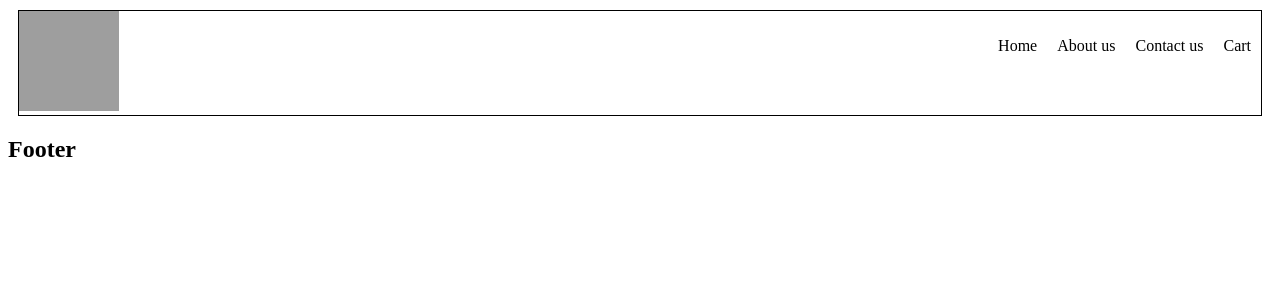
Repository: shivamv97/FOOD-VILLA-APP
Page: /
These files come from the project's save history. The page is drawn as it stood at one moment and after the next save; the edit follows.
The browser window is 1280 px wide. The pictures show the whole page.
Pictures or frames that could not be fetched are drawn as grey boxes. The page's requests for data from a server got no answer. The project was rebuilt for these pictures with package versions that can differ from the ones it lists, and the page was loaded fresh each time. No one was signed in, and anything a server would have sent is missing. Also part of the build but not shown: src/components/RestaurantCards.js.

Above is the page before, as saved 2024-07-26 19:51:19.

### index.html
<!DOCTYPE html>
<html lang="en">
  <head>
    <meta charset="UTF-8" />
    <meta name="viewport" content="width=device-width, initial-scale=1.0" />
    <title>Learning REACT</title>
    <link rel="stylesheet" href="style.css" />
  </head>
  <body>
    <div id="root">Not Rendered</div>
    <!-- <script
      crossorigin
      src="https://unpkg.com/react@18/umd/react.development.js"
    ></script>
    <script
      crossorigin
      src="https://unpkg.com/react-dom@18/umd/react-dom.development.js"
    ></script> -->
    <script type="module" src="src/App.js"></script>
  </body>
</html>

### style.css
.header {
  display: flex;
  justify-content: space-between;
  margin: 10px;
  border: 1px solid black;
}
.nav-items > ul {
  list-style-type: none;
  display: flex;
}

.nav-items > ul > li {
  padding: 10px;
}
.logo {
  width: 100px;
  height: 100px;
}

.card {
  width: 255px;
  border: 1px solid black;
  padding: 10px;
  margin: 10px;
  overflow-wrap: break-word;
}

.card > img {
  width: 100%;
}

.restaurant-list {
  display: flex;
  flex-wrap: wrap;
}

### src/App.js
import React from "react";
import ReactDOM from "react-dom/client";
import HeaderComponent from "./components/Title";
import Body from "./components/Body";
import Footer from "./components/Footer";

/*
Header
   -logo
   -Nav item(right side)
   -cart
Body
   -Search bar
   -RestrauntList
     -RestrauntCard
     -Image
     -Name
     -Ratings
     -Cusines
Footer
     -Links
     -Copyrigh
*/

const AppLayout = () => {
  return (
    <>
      <HeaderComponent />
      <Body />
      <Footer />
    </>
  );
};

const root = ReactDOM.createRoot(document.getElementById("root"));

root.render(<AppLayout />); //it will override children of div element

### src/components/Title.js
const Title = () => (
  <a href="/ ">
    <img
      className="logo"
      alt="logo"
      src="https://encrypted-tbn0.gstatic.com/images?q=tbn:ANd9GcTJtFXKFKFoihdrJEvX4jBtXqfcO2kJ0KAlIg&s"
    />
  </a>
);

const HeaderComponent = () => {
  return (
    <div className="header">
      <Title />
      <div className="nav-items">
        <ul>
          <li>Home</li>
          <li>About us</li>
          <li>Contact us</li>
          <li>Cart</li>
        </ul>
      </div>
    </div>
  );
};

export default HeaderComponent;

### src/components/Body.js
import { restaurantlist } from "../config";
import RestrauntCard from "./RestaurantCards";
import { useState, useEffect } from "react";
import shimmer from "./shimmer";

function filterdata(searchText, restaurants) {
  return restaurants.filter((restaurant) =>
    restaurant.info.name.includes(searchText)
  );
}

const Body = () => {
  // const searchTxt = "KFC"; //for reference...(IN JS)

  const [restaurants, setRestaurants] = useState([]); //restaurantlist
  const [searchText, setsearchText] = useState(""); //To create state variable.......(IN REACT)
  // console.log("render()");

  useEffect(() => {
    //API call
    GetRestaurants();
  }, []);

  async function GetRestaurants() {
    const data = await fetch(
      "https://www.swiggy.com/dapi/restaurants/list/v5?lat=28.7040592&lng=77.10249019999999&collection=83667"
    );
    const json = await data.json();
    console.log(json);
    //you have to make change only in line 32,in cards[i],where i is keep changing in the above api link,try from 0-11
    //it's an config-driven UI,Hence,it's Grid Element position keeps on changing.......
    setRestaurants(
      json?.data?.cards[1]?.card?.card?.gridElements?.infoWithStyle?.restaurants
    );
  }

  console.log("render");

  //Conditional rendering
  return restaurants.length == 0 ? (
    <shimmer />
  ) : (
    <>
      <div className="search-box">
        <input
          type="text"
          className="search-input"
          placeholder="Search"
          value={searchText}
          onChange={(e) => {
            setsearchText(e.target.value);
          }}
        />
        <button
          className="search-btn"
          onClick={() => {
            //filter the data according to need
            const data = filterdata(searchText, restaurants);
            setRestaurants(data);
            //need to update the state-restaurants
          }}
        >
          Search
        </button>
      </div>
      <div className="restaurant-list">
        {restaurants.map((restaurant) => {
          return (
            <RestrauntCard key={restaurant.info.id} {...restaurant.info} />
          );
        })}
      </div>
    </>
  );
};

export default Body;

### src/components/Footer.js
const Footer = () => {
  return <h2>Footer</h2>;
};

export default Footer;

### src/config.js
//PUT MY all Hard Coded File Here
export const Img_cdn_url =
  "https://media-assets.swiggy.com/swiggy/image/upload/fl_lossy,f_auto,q_auto,w_660/";

//Config Driven UI
export const restaurantlist = [
  //public API of Swiggy
  {
    "@type": "type.googleapis.com/swiggy.presentation.food.v2.Restaurant",
    info: {
      id: "8561",
      name: "Mughlai Junction",
      cloudinaryImageId: "tnl2yuuxi8zjbgru6iqj",
      locality: "Connaught Place",
      areaName: "Connaught Place",
      costForTwo: "₹600 for two",
      cuisines: ["Mughlai", "North Indian", "Tandoor"],
      avgRating: 4.3,
      parentId: "5354",
      avgRatingString: "4.3",
      totalRatingsString: "10K+",
      promoted: true,
      adTrackingId:
        "cid=15007607~p=0~adgrpid=15007607#ag1~mp=SWIGGY_IN~bl=FOOD~aet=RESTAURANT~aeid=8561~eid=321f01bc-98c6-405c-89d6-b18422bb8f70~srvts=1721229990431~collid=83639",
      sla: {
        deliveryTime: 37,
        lastMileTravel: 4.8,
        serviceability: "SERVICEABLE",
        slaString: "35-40 mins",
        lastMileTravelString: "4.8 km",
        iconType: "ICON_TYPE_EMPTY",
      },
      availability: {
        nextCloseTime: "2024-07-17 23:00:00",
        opened: true,
      },
      badges: {},
      isOpen: true,
      type: "F",
      badgesV2: {
        entityBadges: {
          textExtendedBadges: {},
          textBased: {},
          imageBased: {},
        },
      },
      aggregatedDiscountInfoV3: {
        header: "10% OFF",
        subHeader: "UPTO ₹35",
      },
      orderabilityCommunication: {
        title: {},
        subTitle: {},
        message: {},
        customIcon: {},
      },
      differentiatedUi: {
        displayType: "ADS_UI_DISPLAY_TYPE_ENUM_DEFAULT",
        differentiatedUiMediaDetails: {
          mediaType: "ADS_MEDIA_ENUM_IMAGE",
          lottie: {},
          video: {},
        },
      },
      reviewsSummary: {},
      displayType: "RESTAURANT_DISPLAY_TYPE_DEFAULT",
      restaurantOfferPresentationInfo: {},
      externalRatings: {
        aggregatedRating: {
          rating: "4.4",
          ratingCount: "1K+",
        },
        source: "GOOGLE",
        sourceIconImageId: "v1704440323/google_ratings/rating_google_tag",
      },
      ratingsDisplayPreference: "RATINGS_DISPLAY_PREFERENCE_SHOW_SWIGGY",
    },
    analytics: {},
    cta: {
      link: "swiggy://menu?restaurant_id=8561&source=collection&query=Biryani",
      text: "RESTAURANT_MENU",
      type: "DEEPLINK",
    },
    widgetId: "collectionV5RestaurantListWidget_SimRestoRelevance_food",
  },

  {
    "@type": "type.googleapis.com/swiggy.presentation.food.v2.Restaurant",
    info: {
      id: "817359",
      name: "Zahra Restaurant & Cafe",
      cloudinaryImageId: "asaqtuuszx7hzmxpnfpo",
      locality: "Old Delhi",
      areaName: "Old Delhi",
      costForTwo: "₹300 for two",
      cuisines: ["Indian", "Tandoor", "Kebabs", "Snacks", "Biryani"],
      avgRating: 4.3,
      parentId: "229129",
      avgRatingString: "4.3",
      totalRatingsString: "100+",
      sla: {
        deliveryTime: 29,
        lastMileTravel: 1.3,
        serviceability: "SERVICEABLE",
        slaString: "25-30 mins",
        lastMileTravelString: "1.3 km",
        iconType: "ICON_TYPE_EMPTY",
      },
      availability: {
        nextCloseTime: "2024-07-17 22:59:00",
        opened: true,
      },
      badges: {},
      isOpen: true,
      type: "F",
      badgesV2: {
        entityBadges: {
          textExtendedBadges: {},
          textBased: {},
          imageBased: {},
        },
      },
      aggregatedDiscountInfoV3: {
        header: "50% OFF",
        subHeader: "UPTO ₹100",
      },
      orderabilityCommunication: {
        title: {},
        subTitle: {},
        message: {},
        customIcon: {},
      },
      differentiatedUi: {
        displayType: "ADS_UI_DISPLAY_TYPE_ENUM_DEFAULT",
        differentiatedUiMediaDetails: {
          mediaType: "ADS_MEDIA_ENUM_IMAGE",
          lottie: {},
          video: {},
        },
      },
      reviewsSummary: {},
      displayType: "RESTAURANT_DISPLAY_TYPE_DEFAULT",
      restaurantOfferPresentationInfo: {},
      externalRatings: {
        aggregatedRating: {
          rating: "--",
        },
      },
      ratingsDisplayPreference: "RATINGS_DISPLAY_PREFERENCE_SHOW_SWIGGY",
    },
    analytics: {},
    cta: {
      link: "swiggy://menu?restaurant_id=817359&source=collection&query=Biryani",
      text: "RESTAURANT_MENU",
      type: "DEEPLINK",
    },
    widgetId: "collectionV5RestaurantListWidget_SimRestoRelevance_food",
  },

  {
    "@type": "type.googleapis.com/swiggy.presentation.food.v2.Restaurant",
    info: {
      id: "81523",
      name: "Amma Mess",
      cloudinaryImageId: "a09jpzja1zusso85bbmz",
      locality: "Karol Bagh",
      areaName: "Karol Bagh",
      costForTwo: "₹300 for two",
      cuisines: ["South Indian"],
      avgRating: 4.5,
      parentId: "15687",
      avgRatingString: "4.5",
      totalRatingsString: "10K+",
      promoted: true,
      adTrackingId:
        "cid=15010070~p=1~adgrpid=15010070#ag1~mp=SWIGGY_IN~bl=FOOD~aet=RESTAURANT~aeid=81523~eid=b2807d99-426d-4265-8bac-9448c8101a5f~srvts=1721229990431~collid=83639",
      sla: {
        deliveryTime: 37,
        lastMileTravel: 6.3,
        serviceability: "SERVICEABLE",
        slaString: "35-40 mins",
        lastMileTravelString: "6.3 km",
        iconType: "ICON_TYPE_EMPTY",
      },
      availability: {
        nextCloseTime: "2024-07-17 22:30:00",
        opened: true,
      },
      badges: {},
      isOpen: true,
      aggregatedDiscountInfoV2: {},
      type: "F",
      badgesV2: {
        entityBadges: {
          textBased: {},
          imageBased: {},
          textExtendedBadges: {},
        },
      },
      orderabilityCommunication: {
        title: {},
        subTitle: {},
        message: {},
        customIcon: {},
      },
      differentiatedUi: {
        displayType: "ADS_UI_DISPLAY_TYPE_ENUM_DEFAULT",
        differentiatedUiMediaDetails: {
          mediaType: "ADS_MEDIA_ENUM_IMAGE",
          lottie: {},
          video: {},
        },
      },
      reviewsSummary: {},
      displayType: "RESTAURANT_DISPLAY_TYPE_DEFAULT",
      restaurantOfferPresentationInfo: {},
      externalRatings: {
        aggregatedRating: {
          rating: "4.2",
          ratingCount: "1K+",
        },
        source: "GOOGLE",
        sourceIconImageId: "v1704440323/google_ratings/rating_google_tag",
      },
      ratingsDisplayPreference: "RATINGS_DISPLAY_PREFERENCE_SHOW_SWIGGY",
    },
    analytics: {},
    cta: {
      link: "swiggy://menu?restaurant_id=81523&source=collection&query=Biryani",
      text: "RESTAURANT_MENU",
      type: "DEEPLINK",
    },
    widgetId: "collectionV5RestaurantListWidget_SimRestoRelevance_food",
  },

  {
    "@type": "type.googleapis.com/swiggy.presentation.food.v2.Restaurant",
    info: {
      id: "144716",
      name: "Mughlai Invitation",
      cloudinaryImageId: "a4530760ed2ff35b487605618cc6dc45",
      areaName: "Chandni Chowk",
      costForTwo: "₹200 for two",
      cuisines: ["Indian", "Mughlai", "Biryani", "Sweets"],
      avgRating: 4.6,
      parentId: "141076",
      avgRatingString: "4.6",
      totalRatingsString: "100+",
      sla: {
        deliveryTime: 30,
        lastMileTravel: 1.5,
        serviceability: "SERVICEABLE",
        slaString: "30-35 mins",
        lastMileTravelString: "1.5 km",
        iconType: "ICON_TYPE_EMPTY",
      },
      availability: {
        nextCloseTime: "2024-07-17 22:59:00",
        opened: true,
      },
      badges: {},
      isOpen: true,
      aggregatedDiscountInfoV2: {},
      type: "F",
      badgesV2: {
        entityBadges: {
          textExtendedBadges: {},
          textBased: {},
          imageBased: {},
        },
      },
      orderabilityCommunication: {
        title: {},
        subTitle: {},
        message: {},
        customIcon: {},
      },
      differentiatedUi: {
        displayType: "ADS_UI_DISPLAY_TYPE_ENUM_DEFAULT",
        differentiatedUiMediaDetails: {
          mediaType: "ADS_MEDIA_ENUM_IMAGE",
          lottie: {},
          video: {},
        },
      },
      reviewsSummary: {},
      displayType: "RESTAURANT_DISPLAY_TYPE_DEFAULT",
      restaurantOfferPresentationInfo: {},
      externalRatings: {
        aggregatedRating: {
          rating: "4.8",
          ratingCount: "100+",
        },
        source: "GOOGLE",
        sourceIconImageId: "v1704440323/google_ratings/rating_google_tag",
      },
      ratingsDisplayPreference: "RATINGS_DISPLAY_PREFERENCE_SHOW_SWIGGY",
    },
    analytics: {},
    cta: {
      link: "swiggy://menu?restaurant_id=144716&source=collection&query=Biryani",
      text: "RESTAURANT_MENU",
      type: "DEEPLINK",
    },
    widgetId: "collectionV5RestaurantListWidget_SimRestoRelevance_food",
  },

  {
    "@type": "type.googleapis.com/swiggy.presentation.food.v2.Restaurant",
    info: {
      id: "64321",
      name: "Southern Masala",
      cloudinaryImageId: "14527e27a298304dd07904f777372cb5",
      locality: "Karol Bagh",
      areaName: "Karol Bagh",
      costForTwo: "₹350 for two",
      cuisines: ["Andhra", "Biryani", "South Indian", "Thalis"],
      avgRating: 3.9,
      parentId: "17286",
      avgRatingString: "3.9",
      totalRatingsString: "1K+",
      promoted: true,
      adTrackingId:
        "cid=15472783~p=2~adgrpid=15472783#ag1~mp=SWIGGY_IN~bl=FOOD~aet=RESTAURANT~aeid=64321~eid=785e1ed6-7474-46a2-ba9f-4a9325d5fabc~srvts=1721229990431~collid=83639",
      sla: {
        deliveryTime: 38,
        lastMileTravel: 5,
        serviceability: "SERVICEABLE",
        slaString: "35-40 mins",
        lastMileTravelString: "5.0 km",
        iconType: "ICON_TYPE_EMPTY",
      },
      availability: {
        nextCloseTime: "2024-07-17 22:00:00",
        opened: true,
      },
      badges: {},
      isOpen: true,
      type: "F",
      badgesV2: {
        entityBadges: {
          textBased: {},
          imageBased: {},
          textExtendedBadges: {},
        },
      },
      aggregatedDiscountInfoV3: {
        header: "₹125 OFF",
        subHeader: "ABOVE ₹199",
        discountTag: "FLAT DEAL",
      },
      orderabilityCommunication: {
        title: {},
        subTitle: {},
        message: {},
        customIcon: {},
      },
      differentiatedUi: {
        displayType: "ADS_UI_DISPLAY_TYPE_ENUM_DEFAULT",
        differentiatedUiMediaDetails: {
          mediaType: "ADS_MEDIA_ENUM_IMAGE",
          lottie: {},
          video: {},
        },
      },
      reviewsSummary: {},
      displayType: "RESTAURANT_DISPLAY_TYPE_DEFAULT",
      restaurantOfferPresentationInfo: {},
      externalRatings: {
        aggregatedRating: {
          rating: "4.1",
          ratingCount: "100+",
        },
        source: "GOOGLE",
        sourceIconImageId: "v1704440323/google_ratings/rating_google_tag",
      },
      ratingsDisplayPreference: "RATINGS_DISPLAY_PREFERENCE_SHOW_SWIGGY",
    },
    analytics: {},
    cta: {
      link: "swiggy://menu?restaurant_id=64321&source=collection&query=Biryani",
      text: "RESTAURANT_MENU",
      type: "DEEPLINK",
    },
    widgetId: "collectionV5RestaurantListWidget_SimRestoRelevance_food",
  },
];

### src/components/shimmer.js
const Shimmer = () => {
  return <h1>shimmer is Loading.....</h1>;
};

export default Shimmer;

After the next save:
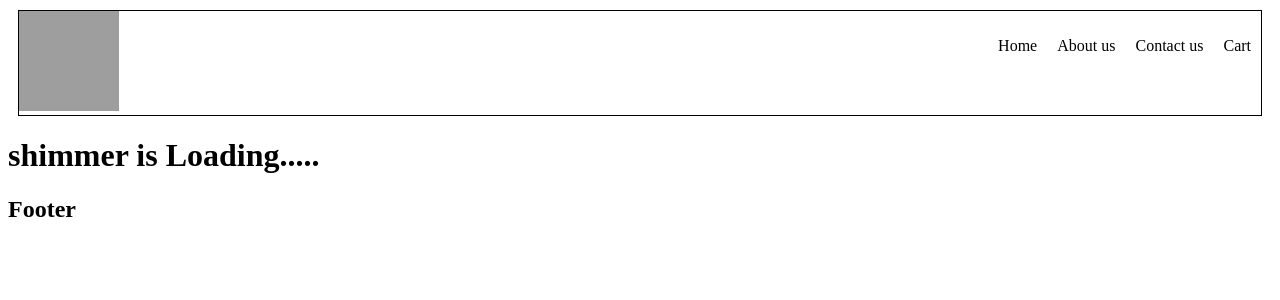
Saved 21 s later.
--- a/src/components/Body.js
+++ b/src/components/Body.js
@@ -1,7 +1,7 @@
 import { restaurantlist } from "../config";
 import RestrauntCard from "./RestaurantCards";
 import { useState, useEffect } from "react";
-import shimmer from "./shimmer";
+import Shimmer from "./shimmer";
 
 function filterdata(searchText, restaurants) {
   return restaurants.filter((restaurant) =>
@@ -38,7 +38,7 @@ const Body = () => {
 
   //Conditional rendering
   return restaurants.length == 0 ? (
-    <shimmer />
+    <Shimmer />
   ) : (
     <>
       <div className="search-box">
